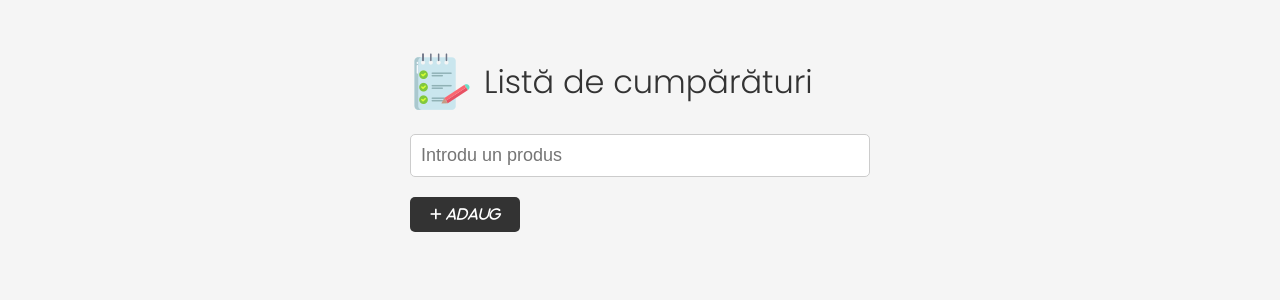
Repository: klaus0005/shopping-list
Page: index.html
These files come from the project's save history. The page is drawn as it stood at one moment and after the next save; the edit follows.
The browser window is 1280 px wide. The pictures show the whole page.
Some web libraries are served in a nearby version.

Above is the page before, as saved 2024-06-27 00:08:53.

### index.html
<!DOCTYPE html>
<html lang="en">

  <head>
    <meta charset="UTF-8" />
    <meta http-equiv="X-UA-Compatible" content="IE=edge" />
    <meta name="viewport" content="width=device-width, initial-scale=1.0" />
    <link rel="stylesheet" href="https://cdnjs.cloudflare.com/ajax/libs/font-awesome/6.1.2/css/all.min.css"
      integrity="sha512-1sCRPdkRXhBV2PBLUdRb4tMg1w2YPf37qatUFeS7zlBy7jJI8Lf4VHwWfZZfpXtYSLy85pkm9GaYVYMfw5BC1A=="
      crossorigin="anonymous" referrerpolicy="no-referrer" />
    <link rel="stylesheet" href="style.css" />
    <title>Listă de cumpărături</title>
  </head>

  <body>
    <div class="container">
      <header>
        <img src="images/note.png" alt="" />
        <h1>Listă de cumpărături</h1>
      </header>
      <form id="item-form">
        <div class="form-control">
          <input type="text" class="form-input" id="item-input" name="item" placeholder="Introdu un produs" />
        </div>
        <div class="form-control">
          <button type="submit" class="btn">
            <i class="fa-solid fa-plus"></i>Adaugă
          </button>
        </div>
      </form>

      <div class="filter">
        <input type="text" class="form-input-filter" id="filter" placeholder="Filtrează produse" />
      </div>

      <ul id="item-list" class="items"></ul>

      <button id="clear" class="btn-clear">Șterge tot</button>
    </div>

    <script src="script.js"></script>
  </body>

</html>

### style.css
@import url('https://fonts.googleapis.com/css2?family=Poppins:wght@300;400;700&display=swap');
*,
*::before,
*::after {
  margin: 0;
  padding: 0;
  box-sizing: border-box;
}

body {
  font-family: 'Poppins', sans-serif;
  font-size: 16px;
  line-height: 1.5;
  color: #333;
  background-color: #f5f5f5;
}

header {
  display: flex;
  justify-content: flex-start;
  align-items: center;
  margin-bottom: 20px;
}

header h1 {
  font-weight: 300;
  margin-left: 10px;
}

.container {
  max-width: 500px;
  margin: 30px auto;
  padding: 20px;
}

.edit-mode {
  color: #ccc;
}

/* Form & Input */
.form-input {
  width: 100%;
  font-size: 18px;
  margin-bottom: 20px;
  padding: 10px;
  border: 1px solid #ccc;
  border-radius: 5px;
  outline: none;
}

.form-input-filter {
  margin-top: 20px;
  width: 100%;
  font-size: 18px;
  margin-bottom: 20px;
  padding: 10px;
  border: none;
  border-bottom: 1px solid #ccc;
  background: transparent;
  outline: none;
}

/* Buttons */
.btn {
  background-color: #333;
  color: #fff;
  border: none;
  border-radius: 5px;
  padding: 10px 20px;
  cursor: pointer;
}

.btn:hover {
  background-color: #444;
}

.btn-link {
  font-size: 16px;
  background-color: transparent;
  color: #333;
  border: none;
  padding: 0;
  cursor: pointer;
}

.btn-clear {
  margin-top: 20px;
  width: 100%;
  font-size: 16px;
  background-color: transparent;
  color: #333;
  border: 1px solid #ccc;
  border-radius: 5px;
  padding: 10px 20px;
  cursor: pointer;
}

.btn-clear:hover {
  background-color: #f1f1f1;
}

.text-red {
  color: red;
}

/* Items */

.items {
  margin-top: 20px;
  display: flex;
  flex-wrap: wrap;
}

.items li {
  display: flex;
  justify-content: space-between;
  width: 45%;
  border: 1px solid #ccc;
  border-radius: 5px;
  padding: 10px 15px;
  margin: 0 5px 20px;
  font-weight: 700;
  cursor: pointer;
}

@media (max-width: 500px) {
  .items li {
    width: 100%;
  }
}

### script.js
const itemForm = document.getElementById('item-form');
const itemInput = document.getElementById('item-input');
const itemList = document.getElementById('item-list');
const clearBtn = document.getElementById('clear');
const itemFilter = document.getElementById('filter');
const formBtn = itemForm.querySelector('button');
let isEditMode = false;

function displayItems() {
  const itemsFromStorage = getItemsFromStorage();
  itemsFromStorage.forEach((item) => addItemToDOM(item));
  checkUI();
}

function onAddItemSubmit(e) {
  e.preventDefault();
  const newItem = itemInput.value;

  //Validate input
  if (newItem === '') {
    alert('Vă rugăm adăugați un produs');
    return;
  }

  //Check for edit mode
  if (isEditMode) {
    const itemToEdit = itemList.querySelector('.edit-mode');

    removeItemFromStorage(itemToEdit.textContent);
    itemToEdit.classList.remove('.edit-mode');
    itemToEdit.remove();
    isEditMode = false;
  } else {
    if (checkIfItemExist(newItem)) {
      alert('Produsul există deja');
      return;
    }
  }

  //Create item to DOM element
  addItemToDOM(newItem);

  //Add item to local storage
  addItemToStorage(newItem);

  checkUI();

  itemInput.value = '';
}

function addItemToDOM(item) {
  //Create list item
  const li = document.createElement('li');
  li.appendChild(document.createTextNode(item));

  const button = createButton('remove-item btn-link text-red');
  li.appendChild(button);

  // Add li to the DOM
  itemList.appendChild(li);
}

function createButton(classes) {
  const button = document.createElement('button');
  button.className = classes;
  const icon = createIcon('fa-solid fa-xmark');
  button.appendChild(icon);
  return button;
}

function createIcon(classes) {
  const icon = document.createElement('i');
  icon.className = classes;
  return icon;
}

function addItemToStorage(item) {
  const itemsFromStorage = getItemsFromStorage();

  // Add new item to an array
  itemsFromStorage.push(item);

  //convert to JSON string and set to local storage
  localStorage.setItem('items', JSON.stringify(itemsFromStorage));
}

function getItemsFromStorage() {
  let itemsFromStorage;

  if (localStorage.getItem('items') === null) {
    itemsFromStorage = [];
  } else {
    itemsFromStorage = JSON.parse(localStorage.getItem('items'));
  }

  return itemsFromStorage;
}

function onClickItem(e) {
  if (e.target.parentElement.classList.contains('remove-item')) {
    removeItem(e.target.parentElement.parentElement);
  } else {
    setItemToEdit(e.target);
  }
}

function checkIfItemExist(item) {
  const itemsFromStorage = getItemsFromStorage();
  return itemsFromStorage.includes(item);
}

function setItemToEdit(item) {
  isEditMode = true;

  itemList
    .querySelectorAll('li')
    .forEach((i) => i.classList.remove('edit-mode'));

  item.classList.add('edit-mode');
  formBtn.innerHTML = '<i class="fa-solid fa-pen"></i>   Update Item';
  itemInput.value = item.textContent;
  formBtn.style.backgroundColor = '#228B22';
}

function removeItem(item) {
  if (confirm('Are you sure')) {
    //Remove item from DOM
    item.remove();

    //Remove item from storage
    removeItemFromStorage(item.textContent);

    checkUI();
  }
}

function removeItemFromStorage(item) {
  let itemsFromStorage = getItemsFromStorage();
  //Filter out item to be removed

  itemsFromStorage = itemsFromStorage.filter((i) => i !== item);

  //re-set to local storage
  localStorage.setItem('items', JSON.stringify(itemsFromStorage));
}

function clearItems() {
  while (itemList.firstChild) {
    itemList.removeChild(itemList.firstChild);
  }

  //Clear from localStorage
  localStorage.removeItem('items');
  checkUI();
}

function filterItems(e) {
  const items = itemList.querySelectorAll('li');
  const text = e.target.value.toLowerCase();
  items.forEach((item) => {
    const itemName = item.firstChild.textContent.toLowerCase();
    if (itemName.indexOf(text) != -1) {
      item.style.display = 'flex';
    } else {
      item.style.display = 'none';
    }
  });
}

function checkUI() {
  itemInput.value = '';

  const items = itemList.querySelectorAll('li');
  if (items.length === 0) {
    clearBtn.style.display = 'none';
    itemFilter.style.display = 'none';
  } else {
    clearBtn.style.display = 'block';
    itemFilter.style.display = 'block';
  }

  formBtn.innerHTML = '<i class="fa-solid fa-plus"><i> Adaug';
  formBtn.style.backgroundColor = '#333';
  formBtn.style.fontFamily = 'sans-serif';

  isEditMode = false;
}

//Initialize app
function init() {
  // Event listeners
  itemForm.addEventListener('submit', onAddItemSubmit);
  itemList.addEventListener('click', onClickItem);
  clearBtn.addEventListener('click', clearItems);
  itemFilter.addEventListener('input', filterItems);
  document.addEventListener('DOMContentLoaded', displayItems);

  checkUI();
}
init();

After the next save:
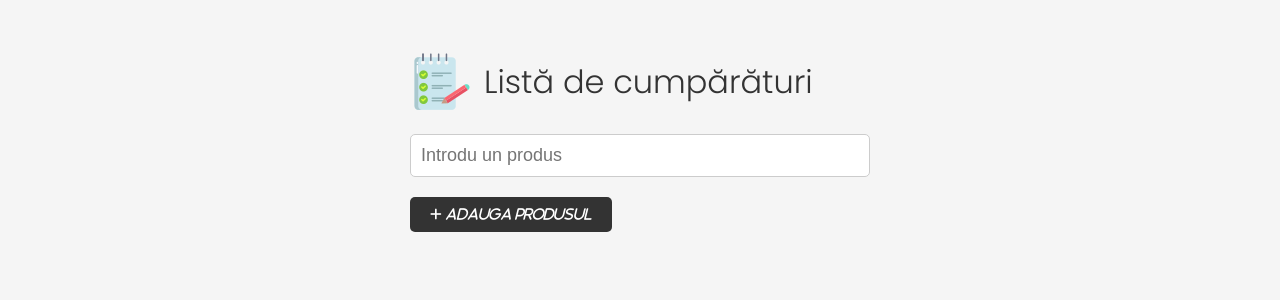
Saved 5 s later.
--- a/script.js
+++ b/script.js
@@ -179,7 +179,7 @@ function checkUI() {
     itemFilter.style.display = 'block';
   }
 
-  formBtn.innerHTML = '<i class="fa-solid fa-plus"><i> Adaug';
+  formBtn.innerHTML = '<i class="fa-solid fa-plus"><i> Adauga produsul';
   formBtn.style.backgroundColor = '#333';
   formBtn.style.fontFamily = 'sans-serif';
 
